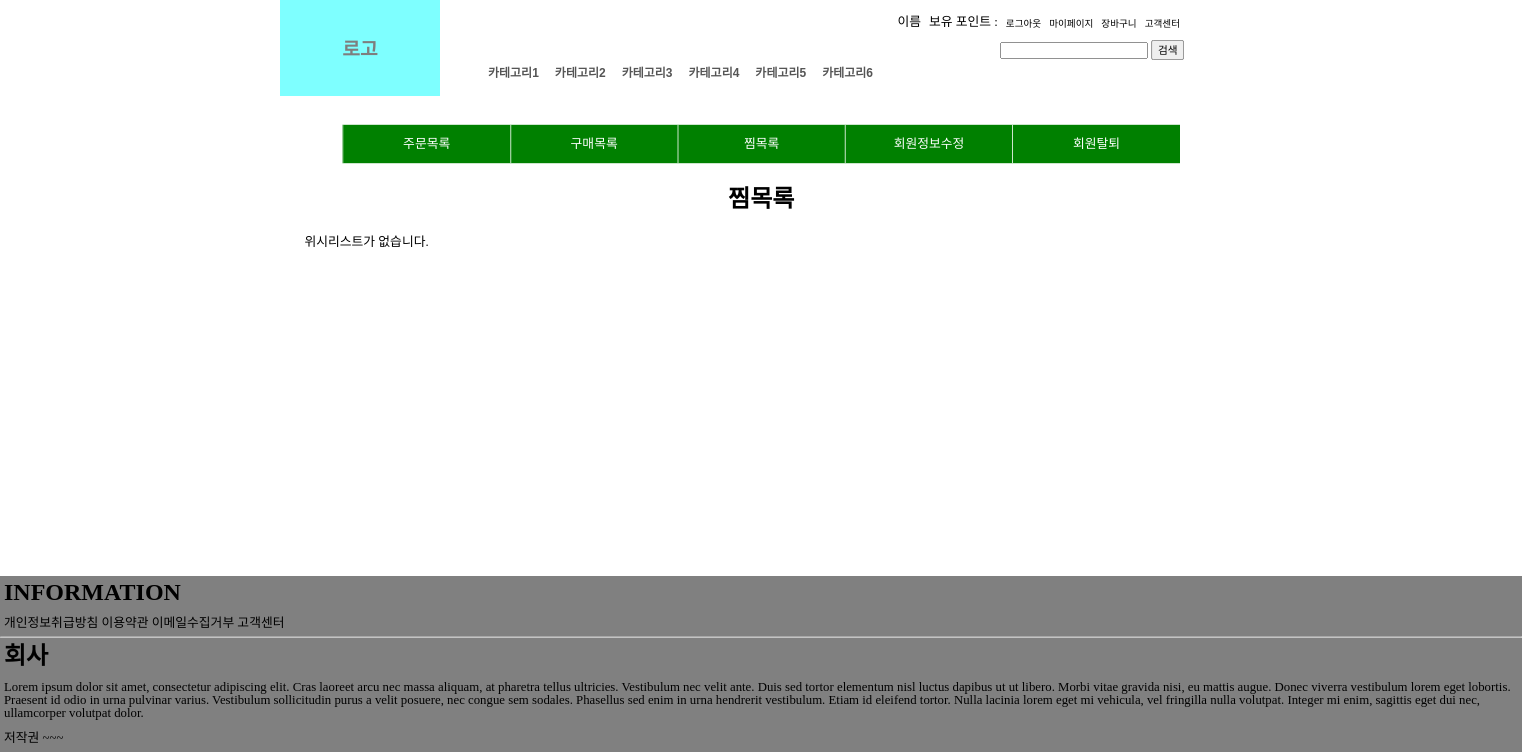
Repository: kosu0703/project
Page: http://localhost/Shop/WEB-INF/views/mypage/wishList_page.jsp
These files come from the project's save history. The page is drawn as it stood at one moment and after the next save; the edit follows.
The browser window is 1280 px wide. The page is 1903 px wide, so the pictures cover 1903 px, including what lies to the right of the window. The pictures show the whole page, at 80% of full size.
Some web libraries are served in a nearby version. The page is served by Tomcat 9. Nobody is signed in. Other server files are loaded and not shown. The template is opened directly, without the code that normally fills it, so the values that code supplies are empty.

Above is the page before, as saved 2024-04-05 10:36:59.

### Shop/Shop/src/main/webapp/WEB-INF/views/mypage/wishList_page.jsp
<%@ page language="java" contentType="text/html; charset=UTF-8"
	pageEncoding="UTF-8"%>
<%@ taglib uri="http://java.sun.com/jsp/jstl/core" prefix="c"%>
<!DOCTYPE html>
<html>
<head>
<meta charset="UTF-8" />
<meta name="viewport" content="width=device-width, initial-scale=1.0" />
<link href="<c:url value="/resources/css/common.css"/>" rel='stylesheet' />
<link href="<c:url value="/resources/css/orderlist_page.css"/>"
	rel='stylesheet' />
<link href="<c:url value="/resources/css/wishlist_page.css"/>"
	rel='stylesheet' />


<script type="text/javascript">
	function buy_go() {
		//	구매하기 버튼 누르면 제품 상세 페이지로 이동
	}
</script>

<title>찜목록 페이지</title>
</head>
<body>
	<%@ include file="../common/header.jsp"%>



	<section>

		<!--===============================================================================  -->

		<div class="div">
			<br>
			<ul>
				<li><a href="#">주문목록</a></li>
				<li><a href="#">구매목록</a></li>
				<li><a href="#">찜목록</a></li>
				<li><a href="#">회원정보수정</a></li>
				<li><a href="#">회원탈퇴</a></li>
			</ul>

			<h2>찜목록</h2>

			<div class="wish">
				<c:choose>
					<c:when test="${empty wish_list}">
						<h3>위시리스트가 없습니다.</h3>
					</c:when>
					<c:otherwise>
						<c:forEach var="k" items="${wish_list}">
							<div class="product">
								<img src="resources/images/${k.f_name}">
								<h2>${k.p_name}</h2>
								<p>${k.p_price}원</p>
								<button onclick="buy_go()">구매하기</button>
							</div>
						</c:forEach>
					</c:otherwise>
				</c:choose>
			</div>

		</div>

		<!--===============================================================================  -->


		<%@ include file="../common/footer.jsp"%>
	</section>
</body>
</html>

### Shop/Shop/src/main/webapp/WEB-INF/views/common/header.jsp
<!-- <%@ page language="java" contentType="text/html; charset=UTF-8"
pageEncoding="UTF-8"%>
<%@ taglib uri="http://java.sun.com/jsp/jstl/core"
prefix="c" %> -->
<!DOCTYPE html>
<html>
  <head>
    <meta charset="UTF-8" />
    <meta name="viewport" content="width=device-width, initial-scale=1.0" />
    <script src="https://kit.fontawesome.com/d3367b6d2f.js"></script>
    <title>헤더</title>
  </head>
  <body>
    <header>
      <div class="inner">
        <div class="logo">
          <h1><a href="#">로고</a></h1>
        </div>
        <!-- 로그아웃 유틸 -->
        <div class="util logout_util">
          <ul class="info">
            <li><a href="login_page.do">로그인</a></li>
            <li><a href="signup_page.do">회원가입</a></li>
            <li><a href="board_page.do?u_id="${userVO.u_id }>고객센터</a></li>
          </ul>
        </div>
        <form action="#" class="h_search_form" method="post">
          <input type="text" name="search" id="search" />
          <input type="submit" value="검색" />
        </form>
        <!-- 로그인 유틸 -->
        <div class="util login_util">
          <ul class="info">
            <li>이름</li>
            <li>보유 포인트 :</li>
            <li><a href="logout.do">로그아웃</a></li>
            <li><a href="mypage_page.do?u_idx=1">마이페이지</a></li>
            <li><a href="basket_page.do?u_id="${userVO.u_id }>장바구니</a></li>
            <li><a href="community_page.do?u_id="${userVO.u_id }>고객센터</a></li>
          </ul>
        </div>

        <div class="gnb_wrappr">
          <ul class="gnb">
            <li class="category">
              <a href="category_page.do?p_category=001">카테고리1</a>
            </li>
            <li class="category">
              <a href="category_page.do?p_category=002">카테고리2</a>
            </li>
            <li class="category">
              <a href="category_page.do?p_category=003">카테고리3</a>
            </li>
            <li class="category">
              <a href="category_page.do?p_category=004">카테고리4</a>
            </li>
            <li class="category">
              <a href="category_page.do?p_category=005">카테고리5</a>
            </li>
            <li class="category">
              <a href="category_page.do?p_category=006">카테고리6</a>
            </li>
          </ul>
        </div>
      </div>

    </header>
  </body>
</html>

### Shop/Shop/src/main/webapp/WEB-INF/views/common/footer.jsp
<!-- <%@ page language="java" contentType="text/html; charset=UTF-8"
pageEncoding="UTF-8"%>
<%@ taglib uri="http://java.sun.com/jsp/jstl/core"
prefix="c" %> -->
<!DOCTYPE html>
<html>
  <head>
    <meta charset="UTF-8" />
    <meta name="viewport" content="width=device-width, initial-scale=1.0" />
    <script src="https://kit.fontawesome.com/d3367b6d2f.js"></script>
    <title>footer</title>
  </head>
  <body>
      <footer>
        <div class="footer_info">
          <h1>INFORMATION</h1>
          <br />
          <a href="#">개인정보취급방침</a>
          <a href="#">이용약관</a>
          <a href="#">이메일수집거부</a>
          <a href="#">고객센터</a>
        </div>
        <hr />
        <div class="footer_cominfo">
          <h1>회사</h1>
          <br />
          <p>
            Lorem ipsum dolor sit amet, consectetur adipiscing elit. Cras
            laoreet arcu nec massa aliquam, at pharetra tellus ultricies.
            Vestibulum nec velit ante. Duis sed tortor elementum nisl luctus
            dapibus ut ut libero. Morbi vitae gravida nisi, eu mattis augue.
            Donec viverra vestibulum lorem eget lobortis. Praesent id odio in
            urna pulvinar varius. Vestibulum sollicitudin purus a velit posuere,
            nec congue sem sodales. Phasellus sed enim in urna hendrerit
            vestibulum. Etiam id eleifend tortor. Nulla lacinia lorem eget mi
            vehicula, vel fringilla nulla volutpat. Integer mi enim, sagittis
            eget dui nec, ullamcorper volutpat dolor.
          </p>
          <br />
          <p>저작권 ~~~</p>
        </div>
      </footer>
    </section>
  </body>
</html>

### Shop/Shop/src/main/webapp/resources/css/common.css
/* 초기화용 reset.css */
@import "./reset.css";
/* 바디 화면 전체 크기 잡아줌*/
body {
  position: relative;
  min-width: 1903px;
  min-height: calc(100vh - 120px);
}

a {
  text-decoration: none;
  color: black;
}
/* 헤더를 맨위에서 따라다니게 */
header {
  position: fixed;
  top: 0px;
  width: 100%;
  min-width: 1903px;
  background-color: white;
  z-index: 999;
}

/* 헤더 내에서 로고, 유틸, 카테고리 배치용 */
header .inner {
  width: 1180px;
  height: 120px;
  /*자식 absolute 요소의 기준점 설정*/
  position: relative;
  left: 300px;
}
/* 로그인 */
header .inner .logout_util {
   display: none;
}
/* 로그아웃 */
header .inner .login_util {
  /* display: none; */
}
/* 로고 */
header .inner .logo {
  position: absolute;
  left: 50px;
  width: 200px;
  height: 100%;
  background-color: aqua;
  opacity: 0.5;
  text-align: center;
}

header .inner .logo > h1 {
  margin: 50px;
  font-weight: bold;
  font-size: 24px;
  font-family: "arial";
}

/* 헤더 우상단 유틸 */
header .inner .util {
  position: absolute;
  top: 20px;
  right: 0px;
}

header .inner .util ul > li {
  margin: 0px 5px;
}

header .inner .h_search_form {
  position: absolute;
  top: 50px;
  right: 0px;
}

header .inner .util .info > li {
  float: left;
}

header .inner .util .search > li {
  float: right;
}

header .inner .util li > a {
  font: 12px "arial";
}

/* 헤더 카테고리 */
header .inner .gnb_wrapper {
  width: 100%;
  height: inherit;
  position: relative;
  display: flex;
  justify-content: center;
}

header .inner .gnb {
  position: absolute;
  bottom: 0px;
  left: 300px;
}

header .inner .gnb .category {
  float: left;
  display: block;
  border-left: none;
}

/* header .inner .gnb .category:nth-of-type(1) {
  border: 1px solid black;
} */

header .inner .gnb .category_detail {
  width: 400px;
  height: 300px;
  display: none;
}

header .inner .gnb .category > a {
  /* 인라인 요소를 block으로 바꿔서 크기 설정 */
  display: block;
  font: bold 15px "arial";
  color: #555;
  padding: 20px 10px;
  text-align: left;
  /* 애니메이션 효과  */
  transition: all 0.5s;
}

header .inner .gnb .category > a:hover {
  background: #555;
  color: #fff;
}

section {
  width: 100%;
  min-height: calc(100vh - 120px);
  padding-top: 120px;
  padding-bottom: 220px;
 }


footer {
  width: 100%;
  height: 220px;
  position: absolute;
  bottom: 0;
  z-index: 10;
  background-color: gray;
}

footer > div {
  margin: 5px;
}

footer > div > h1 {
  font-size: 30px;
  color: black;
  font-weight: bold;
}

### Shop/Shop/src/main/webapp/resources/css/orderlist_page.css
@charset "UTF-8";

.div {
	min-height: 600px;
}

.div>ul {
	list-style-type: none; /* disc 지우기 */
	background-color: green;
	overflow: hidden;
	margin: 20px auto 0px;
	width: 55%;
}

.div>ul>li {
	float: left; /* 한줄로 만들기(옆으로 퍼지기) */
	width: 20%;
	text-align: center;
	border-left: 1px solid white;
}

.div>ul>li>a {
	text-decoration: none; /* 밑줄 지우기 */
	display: block; /* 블록 레벨로 만들기 */
	padding: 16px 50px; /* 상하 , 좌우 너비 지정 */
	color: white; /* 글자색 */
}

/* 마우스를 올렸을때 변화 */
.div>ul>li>a:hover {
	background-color: #333333;
}

.div>h2 {
	margin: 30px auto;
	text-align: center;
	font-size: 30px;
	font-weight: bold;
}

/* ===================================== */

.table {
	width: 60%;
	border: black 2px solid;
	margin: 30px auto;
}

.table th, td {
	border: black 2px solid;
	border-collapse: collapse;
	text-align: center;
	padding: 10px;
}

.table th {
	font-weight: bold;
	background-color: pink;
	font-size: 1.1em;
}

.table img {
	vertical-align: middle;
}

### Shop/Shop/src/main/webapp/resources/css/wishlist_page.css
@charset "UTF-8";

/* 그리드 설정 */
.wish {
	width:60%;
	display: grid;
	grid-template-columns: repeat(4, 1fr);
	grid-gap: 1rem;
	margin: 20px auto;
}

.product {
	text-align: center;
	padding: 10px;
	line-height: 1.5em;
}

.product>img {
	width: 200px;
	height: 200px;
}

.product>h2{
	font-weight: bold;
	font-size: 1.2em;
}

Loaded but not shown: Shop/Shop/src/main/webapp/resources/css/reset.css (common file)

After the next save:
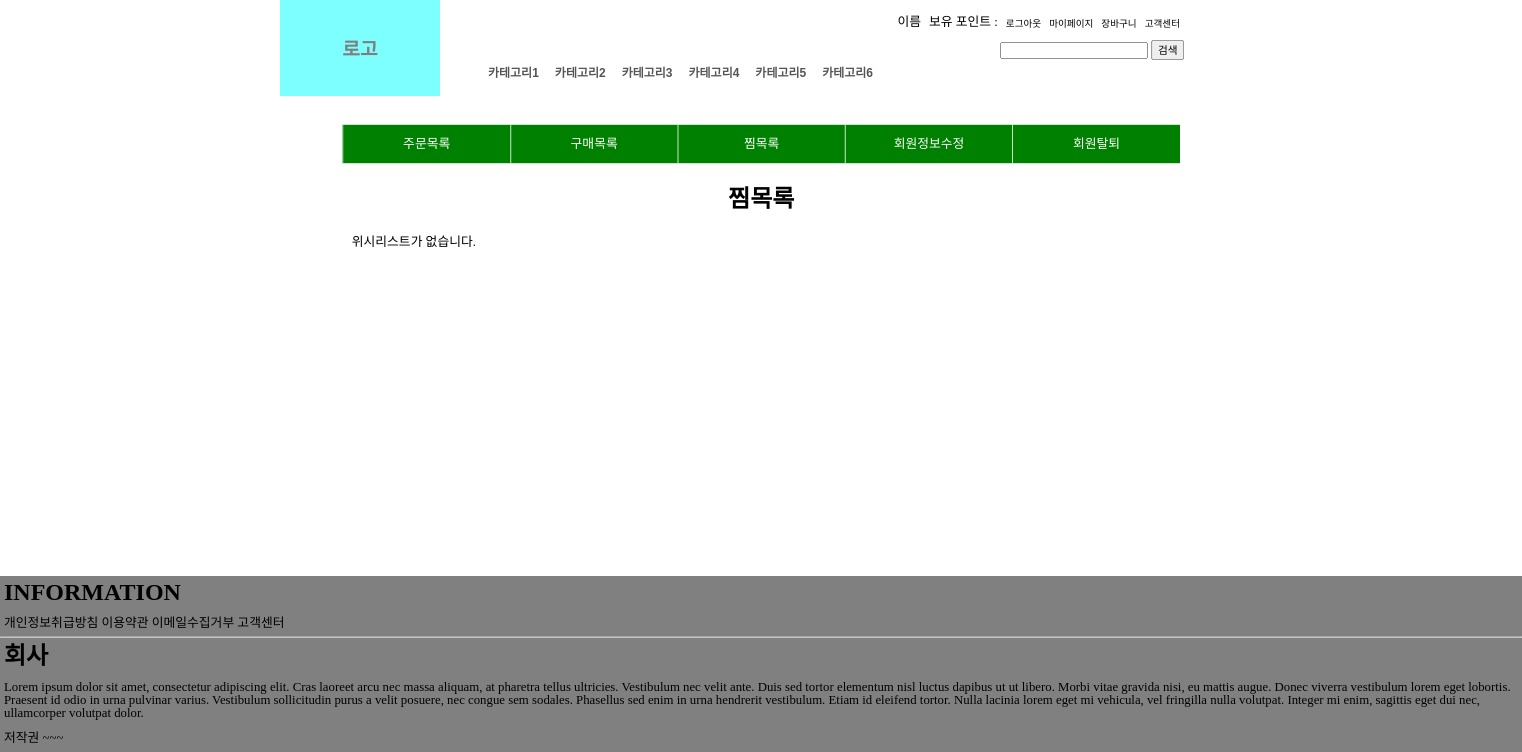
Saved 28 s later.
--- a/Shop/Shop/src/main/webapp/WEB-INF/views/mypage/wishList_page.jsp
+++ b/Shop/Shop/src/main/webapp/WEB-INF/views/mypage/wishList_page.jsp
@@ -45,7 +45,7 @@
 			<div class="wish">
 				<c:choose>
 					<c:when test="${empty wish_list}">
-						<h3>위시리스트가 없습니다.</h3>
+						<h3 style="margin: 0 auto;">위시리스트가 없습니다.</h3>
 					</c:when>
 					<c:otherwise>
 						<c:forEach var="k" items="${wish_list}">
